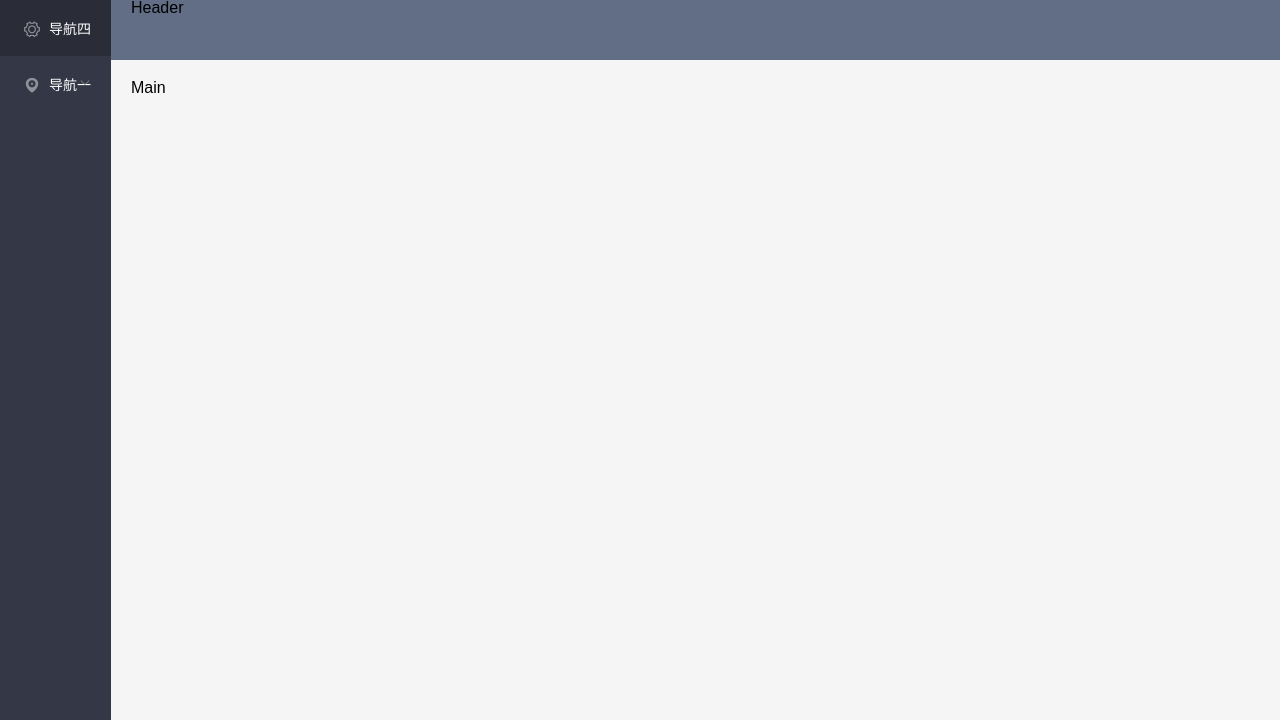
Repository: coWhy/vue-manage
Page: /
An editor plug-in stored every save of this project. The page is shown before and after the next save, followed by the edit.
The browser window is 1280 px wide. The pictures show the whole page.
The project was rebuilt for these pictures with package versions that can differ from the ones it lists, and the page was loaded fresh each time. Also part of the build but not shown: vue.config.js.

Above is the page before, as saved 2020-04-13 15:41:37.

### src/main.js
import Vue from 'vue'
import App from './App.vue'
import router from './router'
import store from './store'
import '@/assets/scss/reset.scss'
import ElementUI from 'element-ui'
import 'element-ui/lib/theme-chalk/index.css'
import '@/assets/font-awesome-4.7.0/css/font-awesome.css'
Vue.config.productionTip = false

console.log(
  `当前所处开发环境:【${process.env.NODE_ENV}】| 路由为: 【${process.env.VUE_APP_URL}】`
)
Vue.use(ElementUI)
new Vue({
  router,
  store,
  render: h => h(App)
}).$mount('#app')

### src/App.vue
<template>
  <div id="app">
    <router-view />
  </div>
</template>

<style lang="scss">
#app {
  // color: $theme-color;
  height: 100vh;
}
</style>

### src/router/index.js
import Vue from 'vue'
import VueRouter from 'vue-router'
//
const originalPush = VueRouter.prototype.push
VueRouter.prototype.push = function push(location) {
  return originalPush.call(this, location).catch(err => err)
}
Vue.use(VueRouter)

const routes = [
  {
    path: '/',
    component: () => import('@/views/layout/index')
  }
]

const router = new VueRouter({
  routes
})

export default router

### src/store/index.js
import Vue from 'vue'
import Vuex from 'vuex'
import tag from './modules/tag'
Vue.use(Vuex)

export default new Vuex.Store({
  state: {},
  mutations: {},
  actions: {},
  modules: {
    tag
  }
})

### src/assets/scss/_variable.scss
// 全局配置样式 修改主题颜色
$theme-color: #33aef0;

### src/views/layout/index.vue
<template>
  <el-container class="container">
    <!-- 左侧菜单栏 -->
    <el-aside width="auto">
      <common-aside></common-aside>
    </el-aside>
    <el-container>
      <!-- 头部 -->
      <el-header class="header">
        <common-header></common-header>
      </el-header>
      <!-- Tab标签 -->
      <!-- <common-tab class="tab"></common-tab> -->
      <!-- 主体 -->
      <el-main>
        Main
        <!-- <router-view></router-view> -->
      </el-main>
    </el-container>
  </el-container>
</template>

<script>
import CommonAside from './components/aside/index'
import CommonHeader from './components/header/index'
export default {
  components: {
    CommonAside,
    CommonHeader
  }
}
</script>

<style lang="scss" scoped>
.container {
  height: 100%;
}
.header {
  background-color: #626e85; // 头部背景色
  width: 100%;
}
.main {
  padding-top: 0;
}
</style>

### src/store/modules/tag.js
export default {
  state: {},
  mutations: {},
  actions: {},
  modules: {}
}

### src/views/layout/components/aside/index.vue
<template>
  <el-menu
    default-active="2"
    class="el-menu-vertical-demo"
    :background-color="asideSetting.bgColor"
    :text-color="asideSetting.texteColor"
    :active-text-color="asideSetting.activeTextColor"
  >
    <!-- 这是没有子级菜单的
    handleClickMenu(item) 将选中的菜单元素存入store中的menu 用于tab使用
    由于 分两种情况 所以 下面两种 都需要加上handleClickMenu 事件
    -->
    <el-menu-item index="4">
      <i class="el-icon-setting"></i>
      <span slot="title">导航四</span>
    </el-menu-item>
    <el-submenu index="1">
      <template slot="title">
        <i class="el-icon-location"></i>
        <span>导航一</span>
      </template>
      <el-menu-item-group>
        <template slot="title">分组一</template>
        <el-menu-item index="1-1">选项1</el-menu-item>
        <el-menu-item index="1-2">选项2</el-menu-item>
      </el-menu-item-group>
    </el-submenu>
  </el-menu>
</template>

<script>
export default {
  computed: {
    noChildrenList() {
      // asideMenuList 没有 子级菜单
      return this.asideMenuList.filter(item => !item.children)
    },
    hasChildrenList() {
      // asideMenuList 有 子级菜单
      return this.asideMenuList.filter(item => item.children)
    }
  },
  data() {
    return {
      asideSetting: {
        bgColor: '#343746', // 侧边栏背景颜色
        activeTextColor: '#02aeff', // 选中字体的颜色
        texteColor: '#fff' // 默认字体颜色
      },
      //侧边栏菜单列表
      asideMenuList: [
        {
          path: '/',
          name: 'home',
          label: '首页',
          icon: 'el-icon-s-home'
        },
        {
          path: '/video',
          name: 'video',
          label: '视频管理',
          icon: 'el-icon-video-play'
        },
        {
          path: '/user',
          name: 'user',
          label: '用户管理',
          icon: 'el-icon-user'
        },
        {
          label: '其他',
          icon: 'el-icon-s-promotion',
          children: [
            {
              path: '/page1',
              name: 'page1',
              label: '页面1',
              icon: 'el-icon-setting'
            },
            {
              path: '/page2',
              name: 'page2',
              label: '页面2',
              icon: 'el-icon-setting'
            }
          ]
        }
      ]
    }
  }
}
</script>

<style lang="scss" scoped>
.el-menu {
  // 菜单占满容器
  height: 100%;
  border: none;
}
</style>

### src/views/layout/components/header/index.vue
<template>
  <div>
    Header
  </div>
</template>

<script>
export default {}
</script>

<style lang="scss" scoped></style>

Loaded but not shown: public/index.html (common file); src/assets/scss/reset.scss (common file); src/assets/font-awesome-4.7.0/css/font-awesome.css (library)

After the next save:
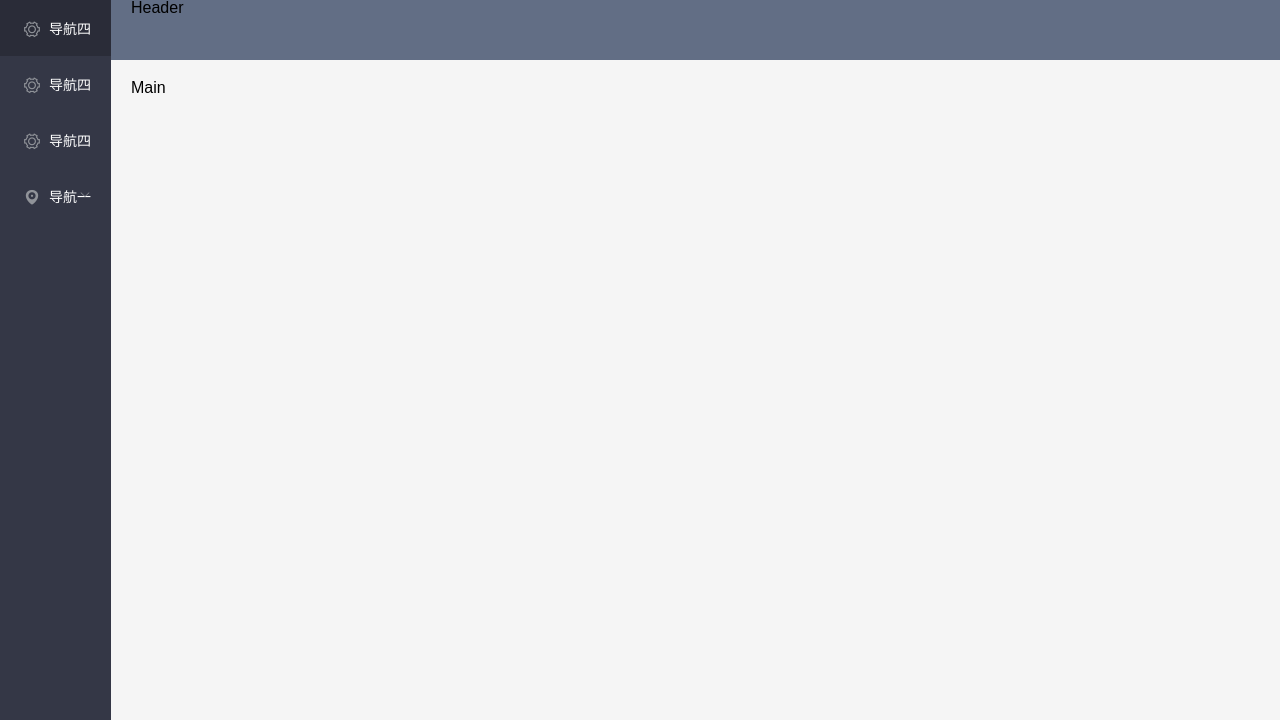
Saved 53 s later.
--- a/src/views/layout/components/aside/index.vue
+++ b/src/views/layout/components/aside/index.vue
@@ -10,7 +10,11 @@
     handleClickMenu(item) 将选中的菜单元素存入store中的menu 用于tab使用
     由于 分两种情况 所以 下面两种 都需要加上handleClickMenu 事件
     -->
-    <el-menu-item index="4">
+    <el-menu-item
+      :index="item.path"
+      v-for="item in noChildrenList"
+      :key="item.path"
+    >
       <i class="el-icon-setting"></i>
       <span slot="title">导航四</span>
     </el-menu-item>
